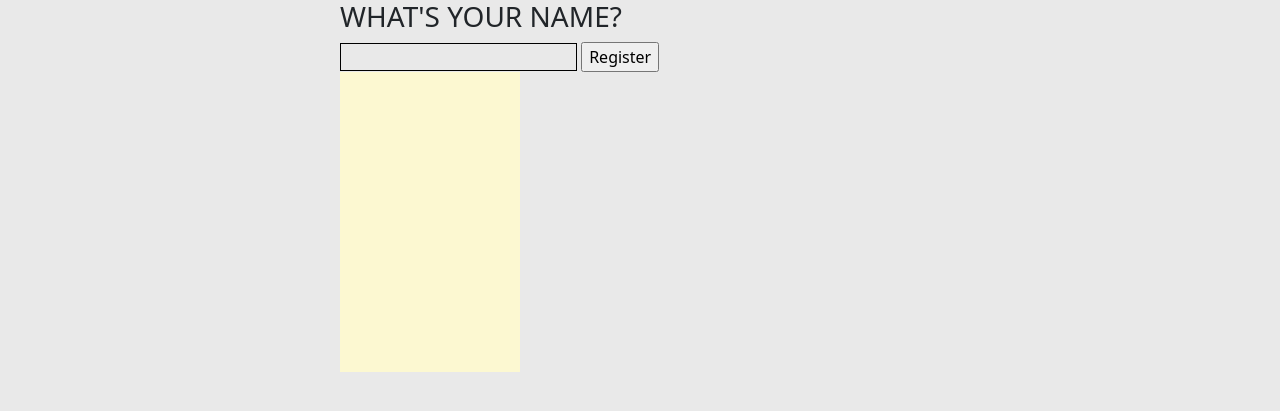
Repository: haimy125/demo_chat
Page: http://localhost/
The author's editor kept a copy of each file at every save. The page is drawn from the files as they stood at one save, then again after the next save.
The browser window is 1280 px wide. The pictures show the whole page.
The page is served by the project's Node server (DEMO_CHAT_SOCKETIO/SERVER.js).

Above is the page before, as saved 2021-08-29 15:29:56.

After the next save:
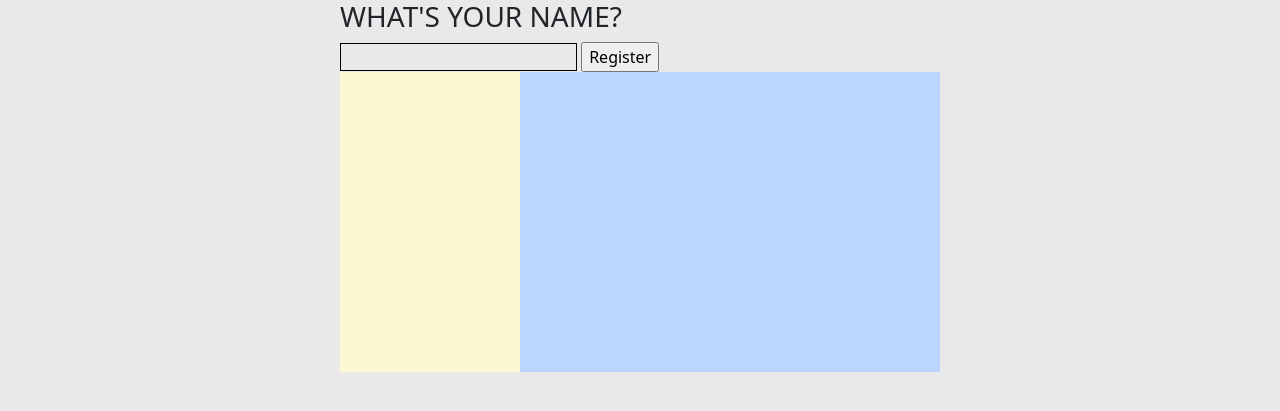
Saved 24 s later.
--- a/DEMO_CHAT_SOCKETIO/public/layout.css
+++ b/DEMO_CHAT_SOCKETIO/public/layout.css
@@ -27,4 +27,5 @@ body {
 #right {
     width: 70%;
     float: right;
+    background-color: #bad5fe;
 }
